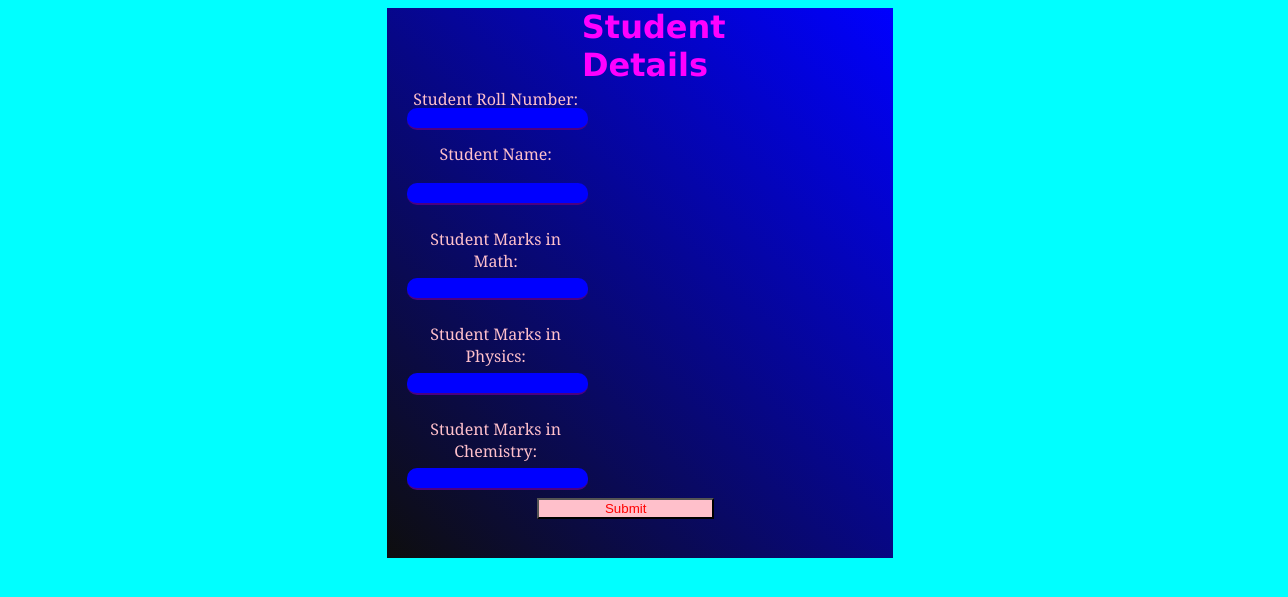
Repository: prm2711/javaapps
Page: eclipse-workspace/FirstProject/WebContent/index.html
These files come from the project's save history. The page is drawn as it stood at one moment and after the next save; the edit follows.
The browser window is 1280 px wide. The page is 1280 px wide, then 1288 px, so the pictures cover 1288 px, including what lies to the right of the window. The pictures show the whole page.

Above is the page before, as saved 2018-01-19 11:02:10.

After the next save:
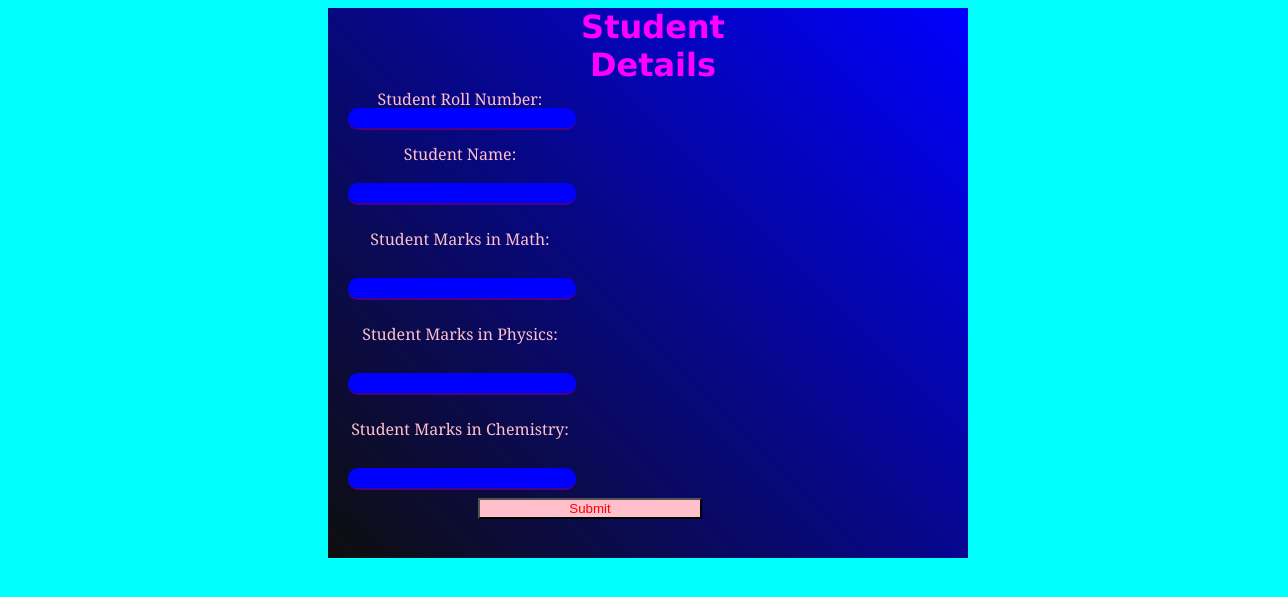
Saved 66 s later.
--- a/eclipse-workspace/FirstProject/WebContent/css/format.css
+++ b/eclipse-workspace/FirstProject/WebContent/css/format.css
@@ -1,6 +1,6 @@
 body {
 	background-color: cyan;
-	position: relative;
+	width: 100%;
 }
 
 .inner_container {
@@ -12,7 +12,7 @@ body {
 	height: 550px;
 	z-index: 2;
 	margin: 0 auto;
-	width: 40%;
+	width: 50%;
 }
 
 .heading {
